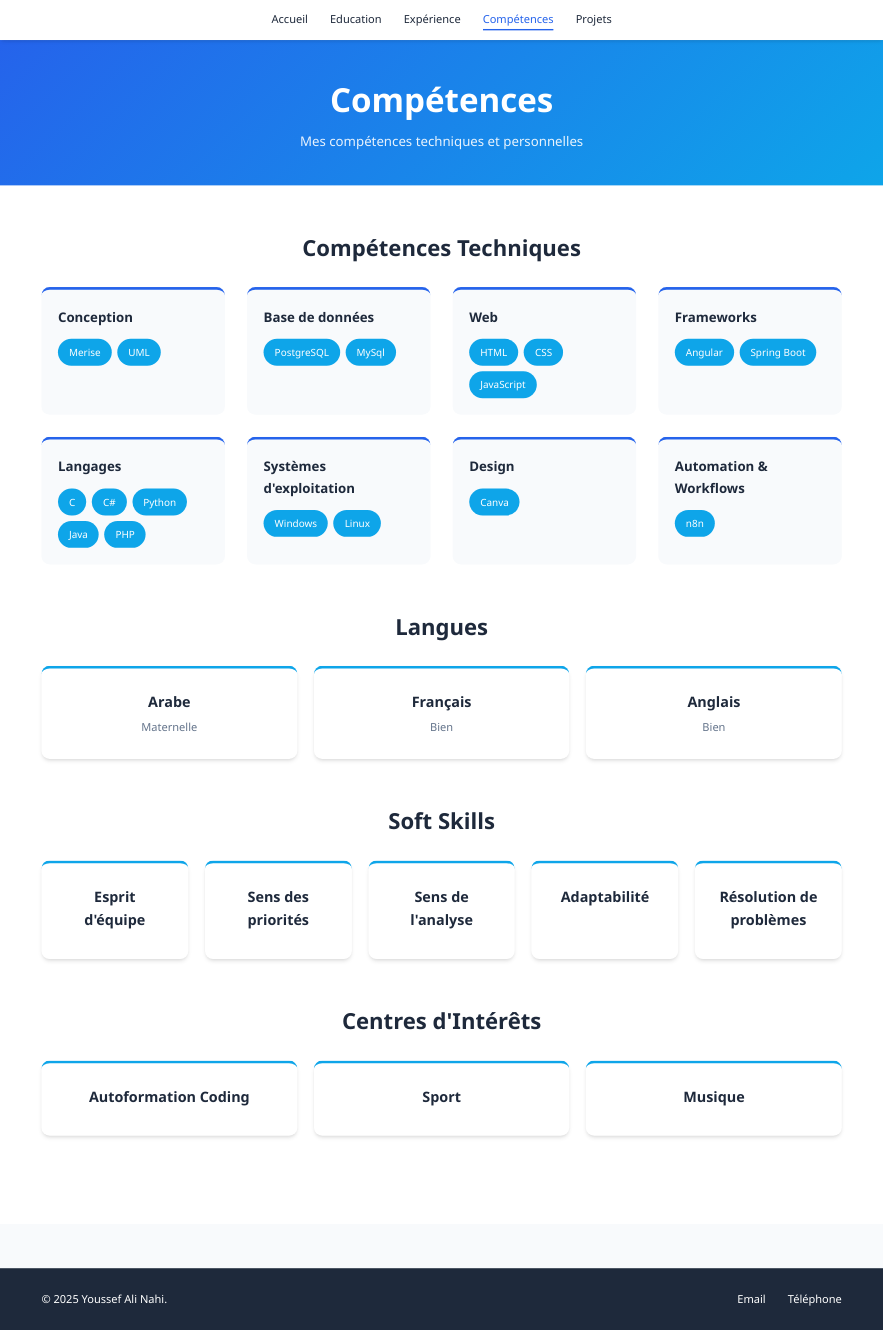
Repository: Youssef-Nahi504/My_Portfolio
Page: competences.html
These files come from the project's save history. The page is drawn as it stood at one moment and after the next save; the edit follows.
The browser window is 1280 px wide. The pictures show the whole page, at 69% of full size.

Above is the page before, as saved 2025-12-19 17:05:04.

After the next save:
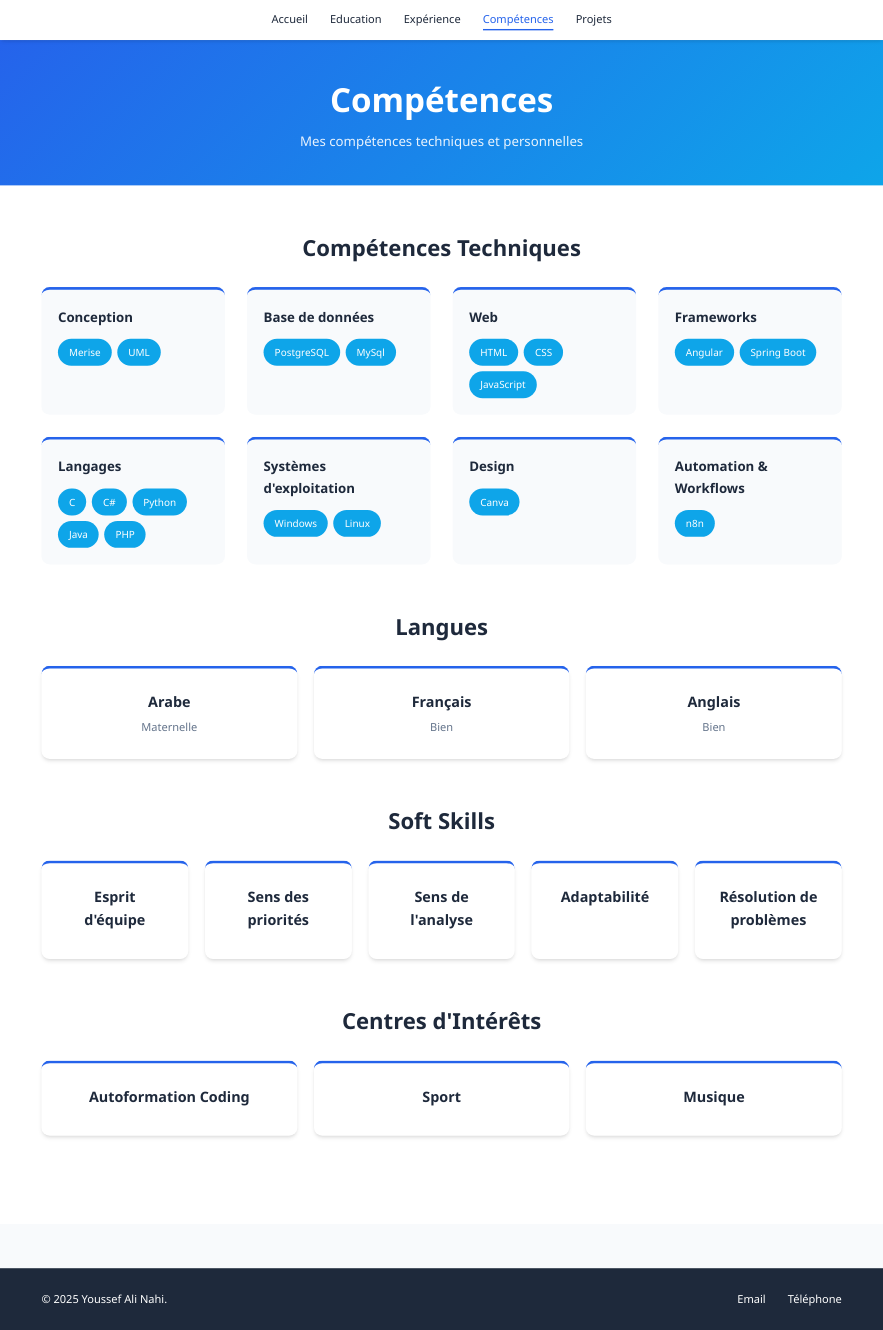
Saved 80 s later.
--- a/style.css
+++ b/style.css
@@ -506,7 +506,7 @@ body {
     box-shadow: var(--shadow);
     text-align: center;
     transition: all 0.3s ease;
-    border-top: 4px solid var(--accent-color);
+    border-top: 4px solid var(--primary-color);
 }
 
 .language-card:hover,
